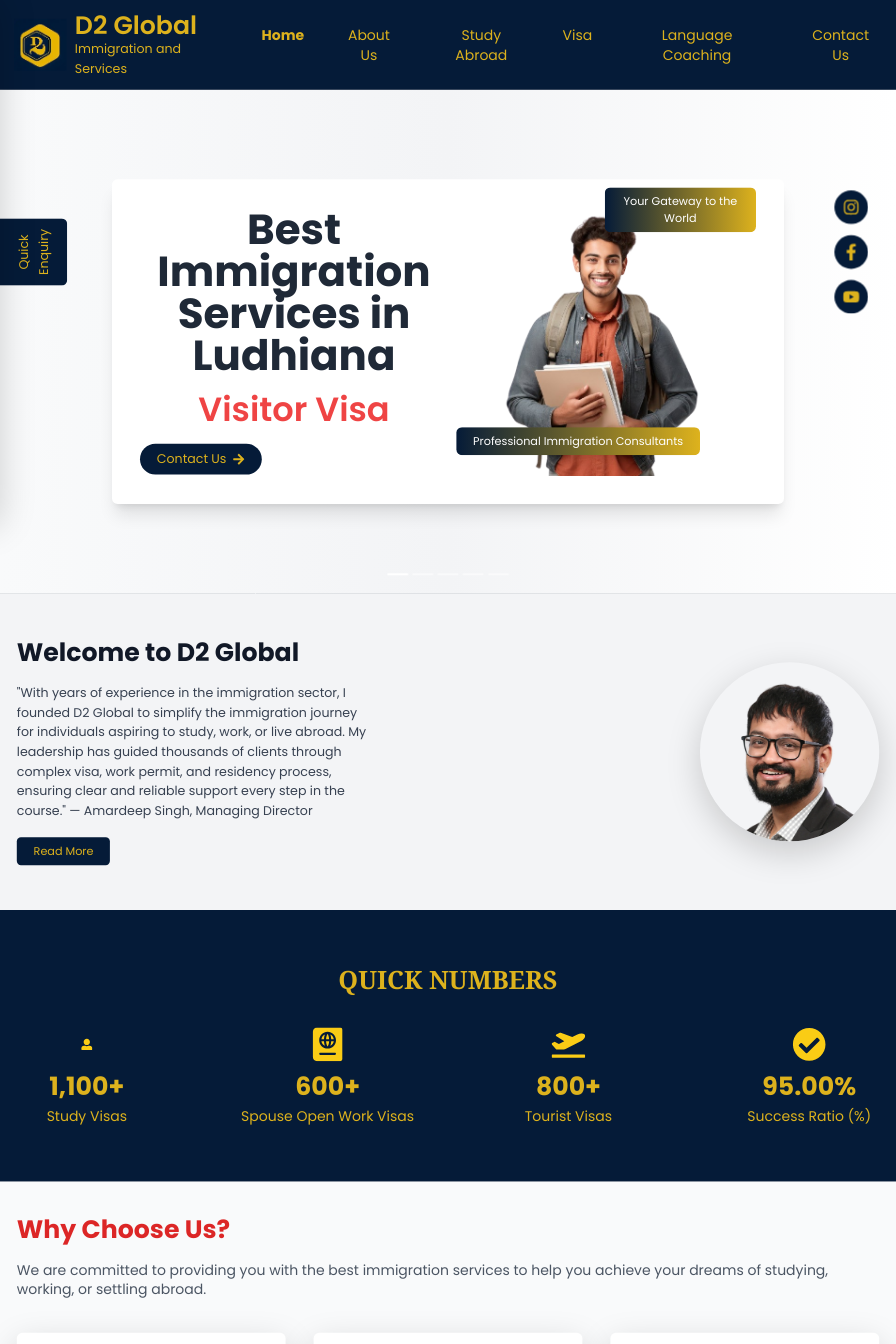
Repository: abhijeets54/d2globalbackup
Page: /
The author's editor kept a copy of each file at every save. The page is drawn from the files as they stood at one save, then again after the next save.
The browser window is 1280 px wide. The pictures show the part of the page from y = 0 to 1920 px (the page is 6727 px tall), at 70% of full size.
The page's requests for data from a server got no answer. The project was rebuilt for these pictures with package versions that can differ from the ones it lists, and the page was loaded fresh each time. No one was signed in, and anything a server would have sent is missing. Also part of the build but not shown: vite.config.js, src/components/Button.jsx, src/components/PostCard.jsx, src/components/Input.jsx, src/components/PopupForm.jsx, src/components/Events.jsx, src/components/People.jsx, src/Newsletter/NewsletterComponent.jsx and 28 more. Imported but missing from the stored project, and not drawn on this page: src/components/Donate/RestoftheWorld.jsx, src/components/Donate/WithInIndia.jsx, src/components/JoinUs.jsx, src/components/Projects/Awareness.jsx, src/components/Projects/Education.jsx, src/components/Projects/HumanitarianAid.jsx, src/components/ThreePillars.jsx, src/pages/Donate.jsx and 2 more.

Above is the page before, as saved 2024-10-03 13:49:33.

After the next save:
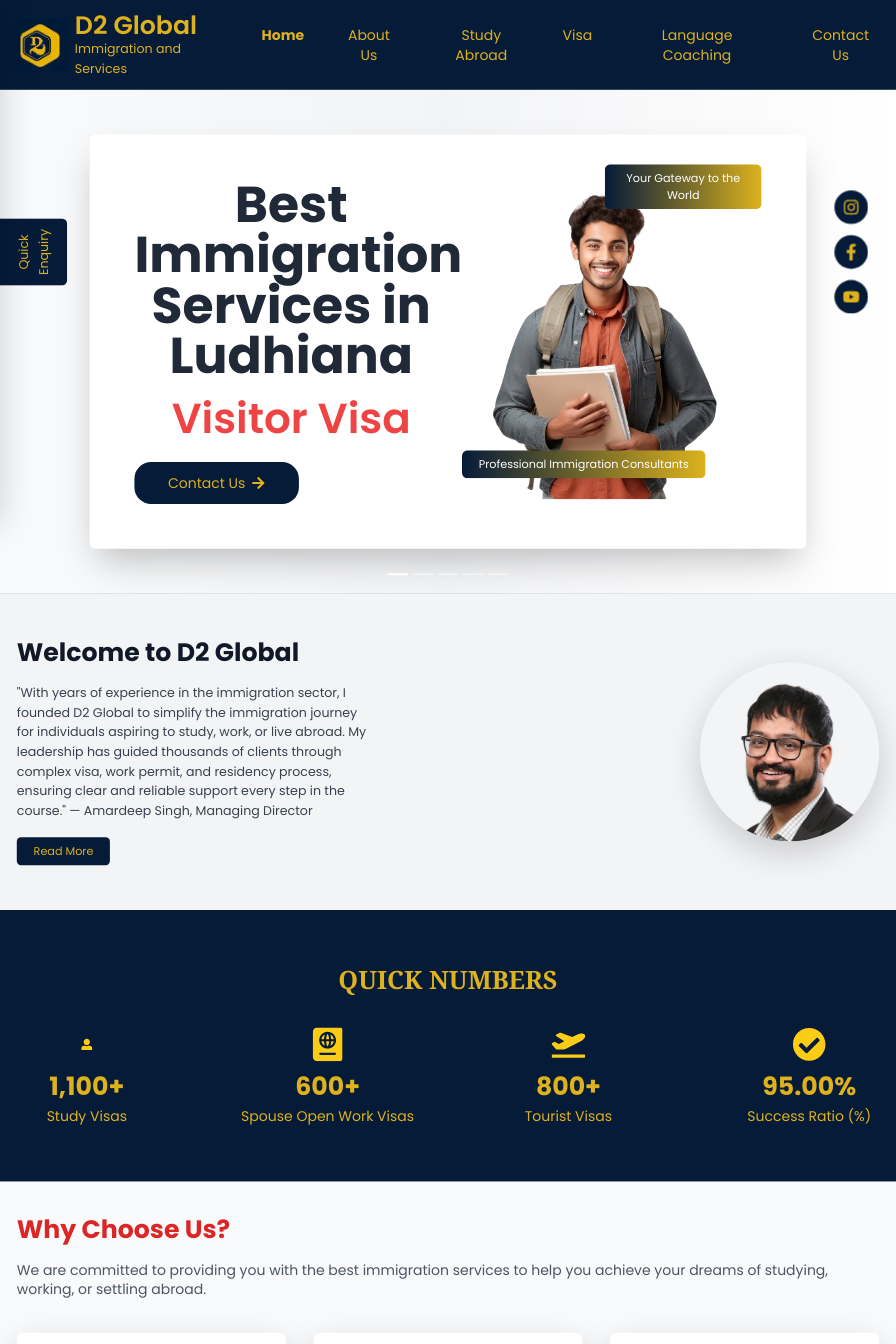
Saved 113 s later.
--- a/src/components/CollageWithAnimations.jsx
+++ b/src/components/CollageWithAnimations.jsx
@@ -28,16 +28,16 @@
 
   return (
     <div className="relative w-full h-screen flex flex-col lg:flex-row items-center justify-center bg-gradient-to-r from-gray-50 via-gray-100 to-white">
-      {/* 3D Box Container */}
-      <div className="relative w-full lg:w-3/4 bg-white shadow-xl rounded-lg p-6 lg:p-10 flex flex-col lg:flex-row items-center justify-between">
+      {/* 3D Box Container with increased size */}
+      <div className="relative w-full lg:w-4/5 bg-white shadow-2xl rounded-lg p-10 lg:p-16 flex flex-col lg:flex-row items-center justify-between">
 
         {/* Text Section */}
         <div className="w-full lg:w-1/2 text-center lg:text-left relative z-10">
-          <h1 className="text-3xl md:text-4xl lg:text-6xl font-bold text-gray-800">
+          <h1 className="text-4xl md:text-5xl lg:text-7xl font-bold text-gray-800">
             Best Immigration Services in Ludhiana
           </h1>
           <motion.h2
-            className="text-2xl md:text-3xl lg:text-5xl font-semibold mt-4 text-red-500"
+            className="text-3xl md:text-4xl lg:text-6xl font-semibold mt-4 text-red-500"
             initial={{ x: -50, opacity: 0 }}
             animate={{ x: 0, opacity: 1 }}
             exit={{ x: -50, opacity: 0 }}
@@ -46,7 +46,7 @@
             {displayedText}
           </motion.h2>
           <button
-            className="px-4 py-2 md:px-6 md:py-3 bg-customBlue text-customYellow rounded-3xl text-sm md:text-lg flex items-center justify-center mt-6"
+            className="px-5 py-3 md:px-8 md:py-4 bg-customBlue text-customYellow rounded-3xl text-base md:text-xl flex items-center justify-center mt-8"
             onClick={() => navigate('/Contactpage')}
           >
             Contact Us
@@ -59,7 +59,7 @@
           <motion.img
             src="/student.png"
             alt="Student with backpack"
-            className="h-48 sm:h-64 md:h-72 lg:h-96"
+            className="h-64 sm:h-72 md:h-80 lg:h-[450px]"
             initial={{ opacity: 0, x: 50 }}
             animate={{ opacity: 1, x: 0 }}
             transition={{ duration: 0.5 }}
